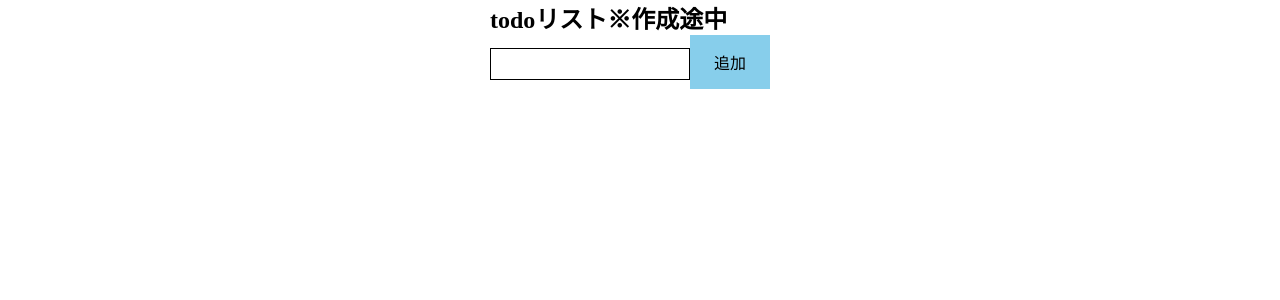
Repository: FujieRyou/react_practice
Page: /
The author's editor kept a copy of each file at every save. The page is drawn from the files as they stood at one save, then again after the next save.
The browser window is 1280 px wide. The pictures show the whole page.
The project was rebuilt for these pictures with package versions that can differ from the ones it lists, and the page was loaded fresh each time. Also part of the build but not shown: vite.config.js, src/components/testComponent.jsx, src/components/countUp.jsx, src/components/switchFlag.jsx, src/components/props1.jsx, src/components/profile.jsx, src/components/ivent.jsx.

Above is the page before, as saved 2023-01-19 03:47:52.

After the next save:
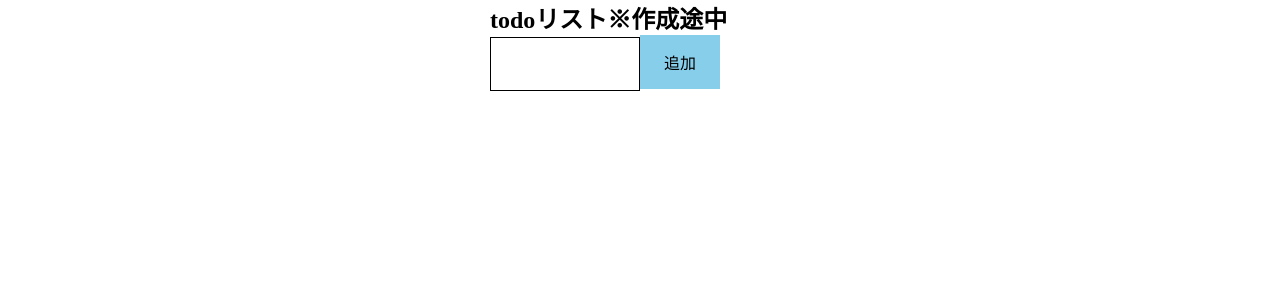
Saved 45 s later.
--- a/src/scss/style.scss
+++ b/src/scss/style.scss
@@ -52,3 +52,8 @@ input{
     height: 54px;
     background-color: skyblue;
 }
+
+.txtArea{
+    width: 150px;
+    height: 54px;
+}
